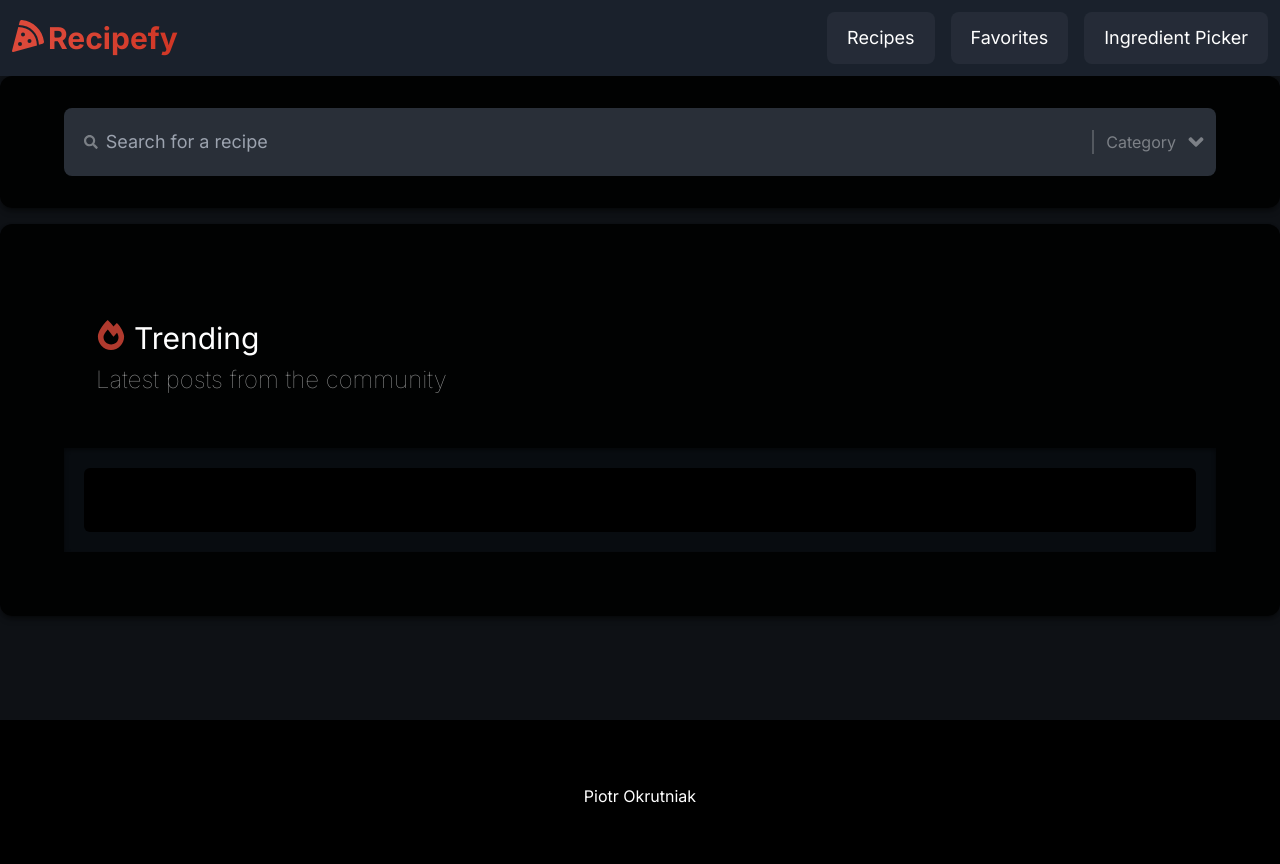
Repository: piotrokrutniak/recipefy
Page: /
The author's editor kept a copy of each file at every save. The page is drawn from the files as they stood at one save, then again after the next save.
The browser window is 1280 px wide. The pictures show the whole page.
The page's requests for data from a server got no answer. The project was rebuilt for these pictures with package versions that can differ from the ones it lists, and the page was loaded fresh each time. The framework's server and built-in components were replaced by stand-ins that run in the browser. No one was signed in, and anything a server would have sent is missing. Also part of the build but not shown: next.config.js, src/app/integration/jsonApi/getUser.tsx, src/app/components/posts/post.tsx.

Above is the page before, as saved 2023-10-07 01:49:19.

After the next save:
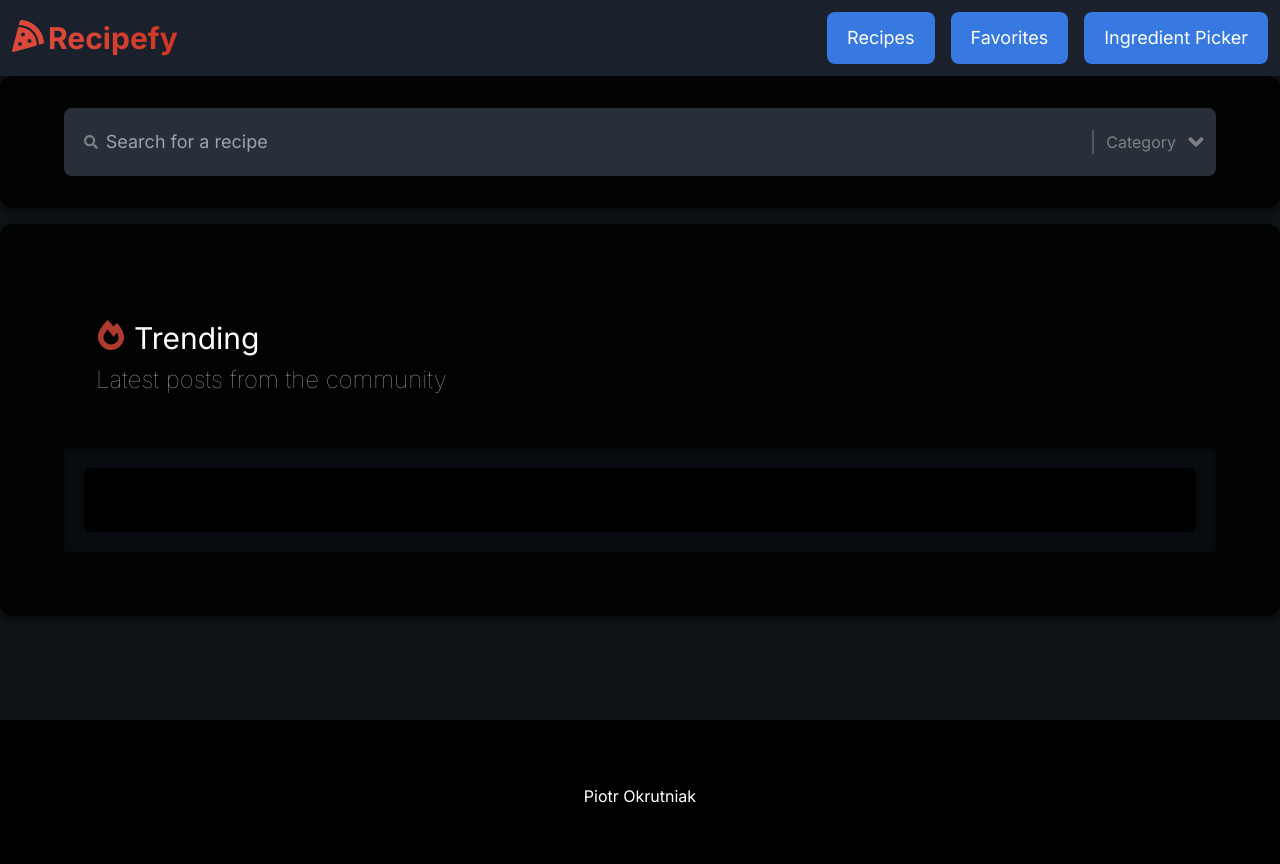
Saved 104 s later.
--- a/src/app/components/navbar/navbar.tsx
+++ b/src/app/components/navbar/navbar.tsx
@@ -22,13 +22,13 @@
                     </div>
                     </Link>
                     <div className="hidden text-lg gap-4 md:flex">
-                        <Button className="text-white bg-slate-200/5 active:bg-slate-100/5 hover:bg-slate-200/10" onClick={undefined}>
+                        <Button className="text-white active:bg-slate-100/5 hover:bg-slate-200/10" onClick={undefined}>
                             Recipes
                         </Button>
-                        <Button className="text-white bg-slate-200/5 active:bg-slate-100/5 hover:bg-slate-200/10" onClick={undefined}>
+                        <Button className="text-white active:bg-slate-100/5 hover:bg-slate-200/10" onClick={undefined}>
                             Favorites
                         </Button>
-                        <Button className="text-white bg-slate-200/5 active:bg-slate-100/5 hover:bg-slate-200/10" onClick={undefined}>
+                        <Button className="text-white active:bg-slate-100/5 hover:bg-slate-200/10" onClick={undefined}>
                             Ingredient Picker
                         </Button>
                     </div>

After the save that followed:
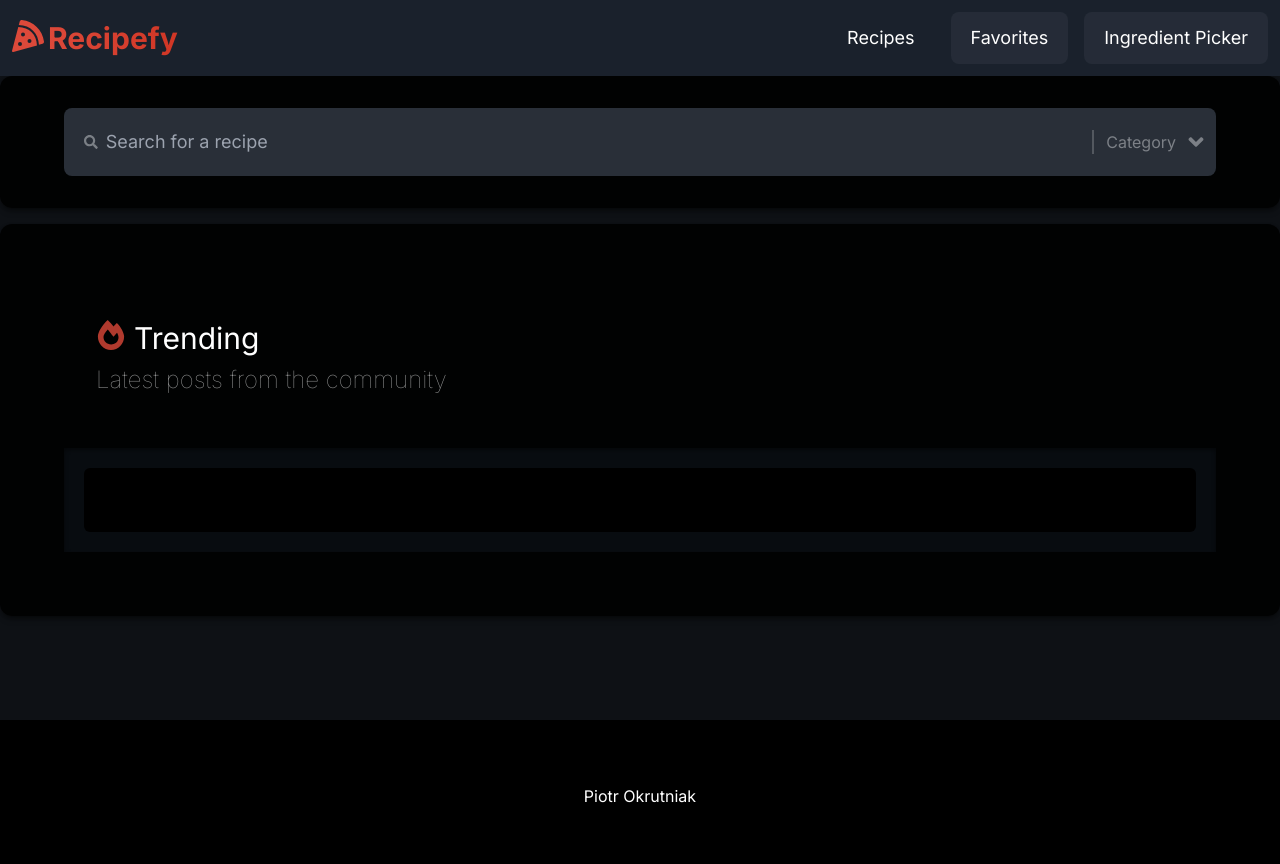
Saved 13 s later.
--- a/src/app/components/navbar/navbar.tsx
+++ b/src/app/components/navbar/navbar.tsx
@@ -22,13 +22,13 @@
                     </div>
                     </Link>
                     <div className="hidden text-lg gap-4 md:flex">
-                        <Button className="text-white active:bg-slate-100/5 hover:bg-slate-200/10" onClick={undefined}>
+                        <Button className="text-white bg-transparent active:bg-slate-100/5 hover:bg-slate-200/10" onClick={undefined}>
                             Recipes
                         </Button>
-                        <Button className="text-white active:bg-slate-100/5 hover:bg-slate-200/10" onClick={undefined}>
+                        <Button className="text-white bg-slate-200/5 active:bg-slate-100/5 hover:bg-slate-200/10" onClick={undefined}>
                             Favorites
                         </Button>
-                        <Button className="text-white active:bg-slate-100/5 hover:bg-slate-200/10" onClick={undefined}>
+                        <Button className="text-white bg-slate-200/5 active:bg-slate-100/5 hover:bg-slate-200/10" onClick={undefined}>
                             Ingredient Picker
                         </Button>
                     </div>
